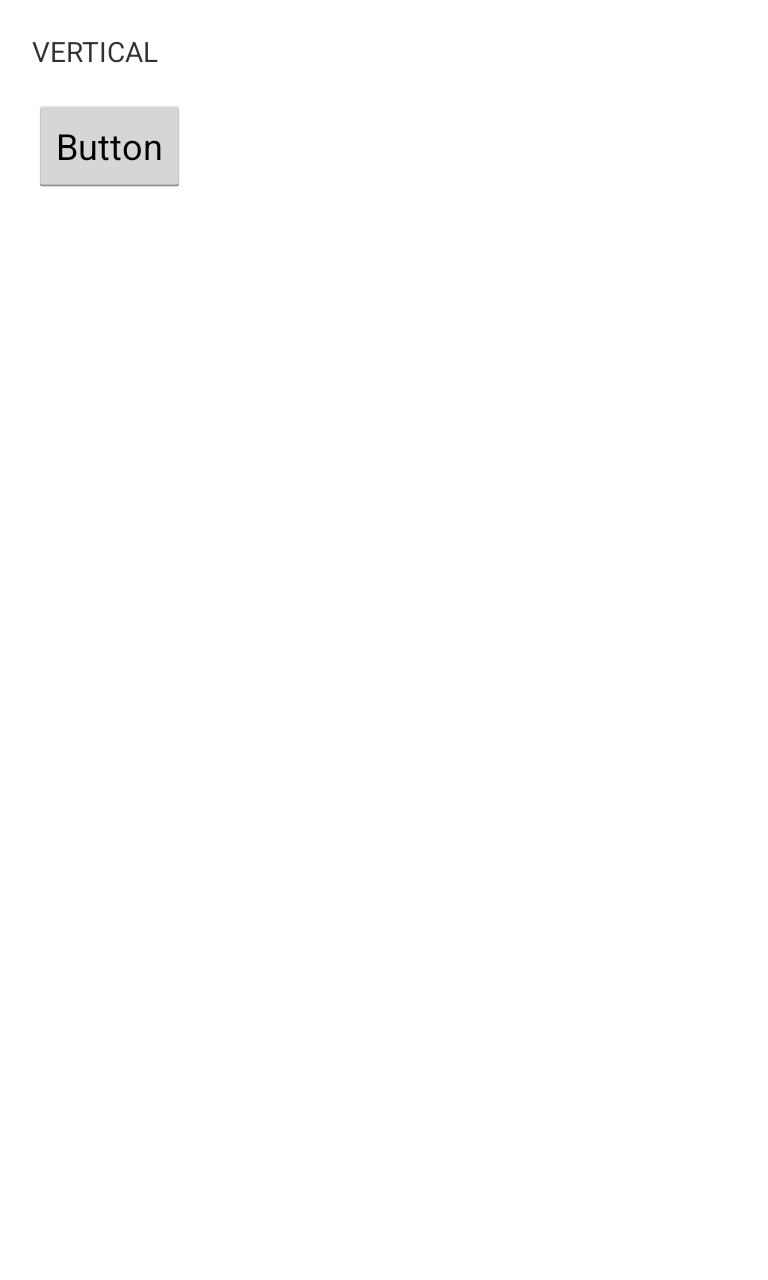
Repository: jlcd0004/sm_p11_practica1
Layout: Practica1/res/layout/activity_main.xml
The author's editor kept a copy of each file at every save. The layout is drawn from the files as they stood at one save, then again after the next save.
It is drawn on a 768 x 1280 px phone screen (xhdpi) without system bars, with theme AppTheme; the app's code is not run.

Above is the layout before, as saved 2015-09-30 10:14:54.

### Practica1/res/layout/activity_main.xml
<RelativeLayout xmlns:android="http://schemas.android.com/apk/res/android"
    xmlns:tools="http://schemas.android.com/tools"
    android:layout_width="match_parent"
    android:layout_height="match_parent"
    android:paddingBottom="@dimen/activity_vertical_margin"
    android:paddingLeft="@dimen/activity_horizontal_margin"
    android:paddingRight="@dimen/activity_horizontal_margin"
    android:paddingTop="@dimen/activity_vertical_margin"
    tools:context="com.practica1.MainActivity" >

    <TextView
        android:id="@+id/textView1"
        android:layout_width="wrap_content"
        android:layout_height="wrap_content"
        android:text="VERTICAL" />

    <Button
        android:id="@+id/button1"
        android:layout_width="wrap_content"
        android:layout_height="wrap_content"
        android:layout_below="@+id/textView1"
        android:layout_marginTop="14dp"
        android:text="Button" />

</RelativeLayout>

Loaded but not shown: Practica1/res/values/styles.xml (common file); Practica1/res/values-v11/styles.xml (common file); Practica1/res/values-v14/styles.xml (common file); Practica1/res/values/dimens.xml (common file); Practica1/res/values-w820dp/dimens.xml (common file)

After the next save:
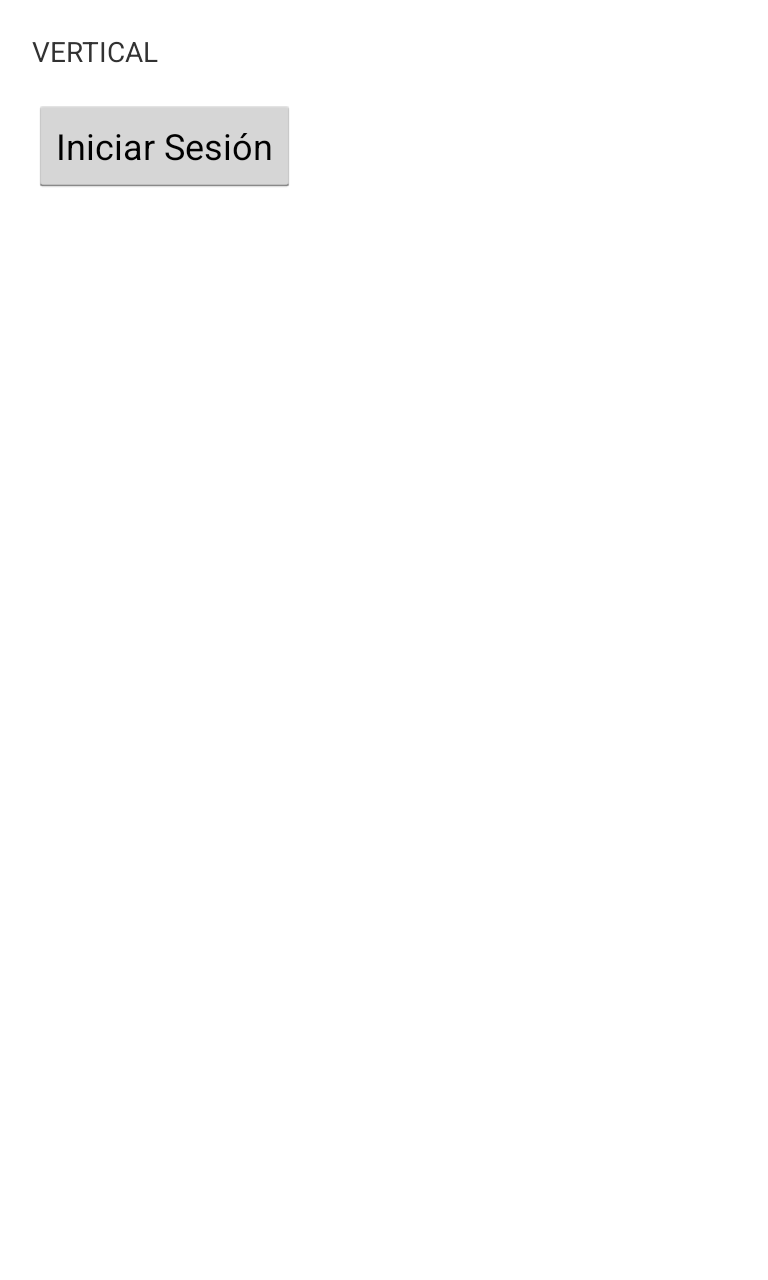
Saved 5 min 13 s later.
--- a/Practica1/res/layout/activity_main.xml
+++ b/Practica1/res/layout/activity_main.xml
@@ -20,6 +20,6 @@
         android:layout_height="wrap_content"
         android:layout_below="@+id/textView1"
         android:layout_marginTop="14dp"
-        android:text="Button" />
+        android:text="Iniciar Sesión" />
 
 </RelativeLayout>
